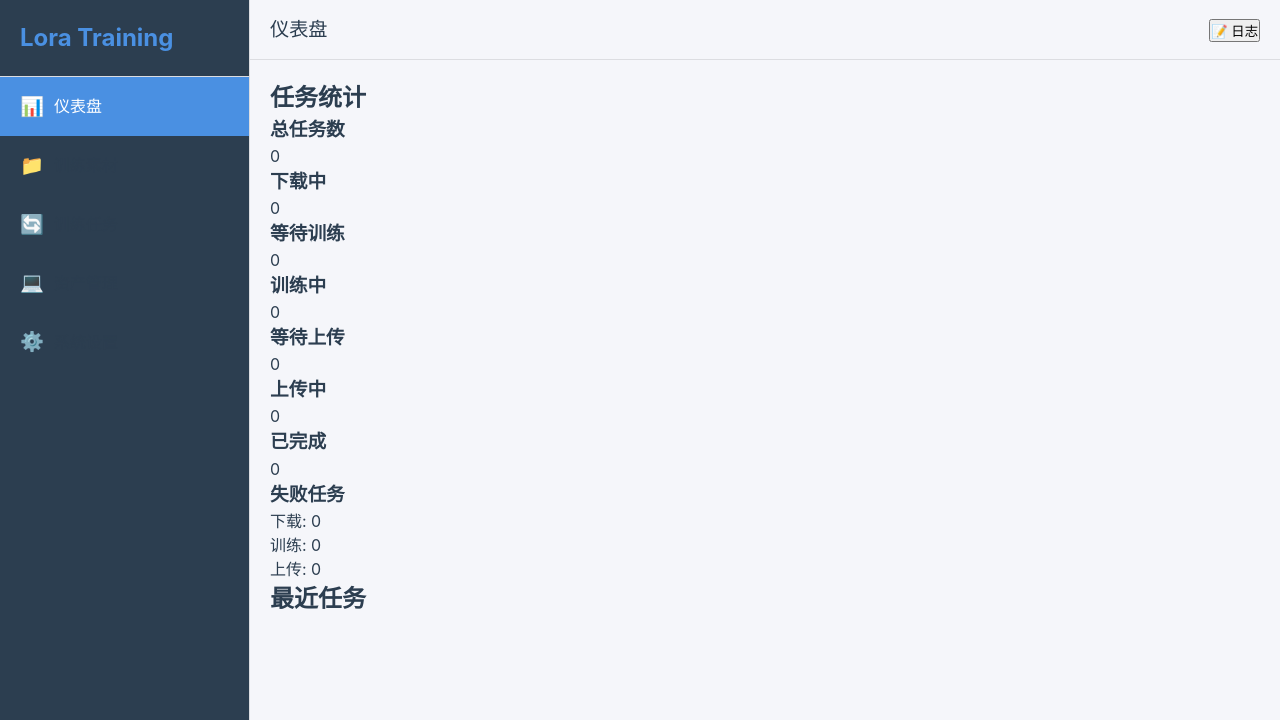
Repository: SmartRick/RLT
Page: / (app in lora-training-ui/)
These files come from the project's save history. The page is drawn as it stood at one moment and after the next save; the edit follows.
The browser window is 1280 px wide. The pictures show the whole page.
The page's requests for data from a server got no answer. The project was rebuilt for these pictures with package versions that can differ from the ones it lists, and the page was loaded fresh each time. No one was signed in, and anything a server would have sent is missing. Also part of the build but not shown: lora-training-ui/vue.config.js, lora-training-ui/src/components/LogViewer.vue, lora-training-ui/src/components/tasks/TaskCard.vue, lora-training-ui/src/views/Tasks.vue, lora-training-ui/src/api/asset.js, lora-training-ui/src/views/Assets.vue, lora-training-ui/src/api/settings.js, lora-training-ui/src/views/Settings.vue. Imported but missing from the stored project, and not drawn on this page: lora-training-ui/src/views/Materials.vue.

Above is the page before, as saved 2025-01-05 16:25:44.

### lora-training-ui/src/main.js
import { createApp } from 'vue'
import App from './App.vue'
import router from './router'
import './styles/main.scss'

const app = createApp(App)
app.use(router)
app.mount('#app')

### lora-training-ui/src/App.vue
<template>
  <MainLayout />
</template>

<script>
import MainLayout from '@/components/layout/MainLayout.vue'

export default {
  name: 'App',
  components: {
    MainLayout
  }
}
</script>

<style lang="scss">
@import '@/styles/main.scss';
</style>

### lora-training-ui/src/router/index.js
import { createRouter, createWebHistory } from 'vue-router'
import Dashboard from '@/views/Dashboard.vue'
import Materials from '@/views/Materials.vue'
import Tasks from '@/views/Tasks.vue'
import Assets from '@/views/Assets.vue'
import Settings from '@/views/Settings.vue'

const routes = [
  {
    path: '/',
    name: 'Dashboard',
    component: Dashboard,
    meta: { title: '仪表盘' }
  },
  {
    path: '/materials',
    name: 'Materials',
    component: Materials,
    meta: { title: '训练素材' }
  },
  {
    path: '/tasks',
    name: 'Tasks',
    component: Tasks,
    meta: { title: '训练任务' }
  },
  {
    path: '/assets',
    name: 'Assets',
    component: Assets,
    meta: { title: '资产管理' }
  },
  {
    path: '/settings',
    name: 'Settings',
    component: Settings,
    meta: { title: '系统设置' }
  }
]

const router = createRouter({
  history: createWebHistory(),
  routes
})

router.beforeEach((to, from, next) => {
  document.title = `${to.meta.title} - Lora 训练任务管理器`
  next()
})

export default router

### lora-training-ui/src/styles/main.scss
:root {
  // 颜色变量
  --primary-color: #4a90e2;
  --success-color: #27ae60;
  --warning-color: #f39c12;
  --error-color: #e74c3c;
  --info-color: #3498db;

  // 背景颜色
  --background-color: #f5f6fa;
  --card-background: #ffffff;
  --sidebar-background: #2c3e50;
  --hover-background: rgba(0, 0, 0, 0.05);
  --input-background: #ffffff;

  // 文字颜色
  --text-color: #2c3e50;
  --text-secondary: #7f8c8d;

  // 边框
  --border-color: #dcdde1;
  --border-radius: 4px;

  // 动画
  --transition-speed: 0.2s;
}

// 暗色主题
@media (prefers-color-scheme: dark) {
  :root {
    --background-color: #1a1a1a;
    --card-background: #2d2d2d;
    --sidebar-background: #2d2d2d;
    --hover-background: rgba(255, 255, 255, 0.05);
    --input-background: #3d3d3d;
    --text-color: #ffffff;
    --text-secondary: #a0a0a0;
    --border-color: #404040;
  }
}

* {
  box-sizing: border-box;
  margin: 0;
  padding: 0;
}

body {
  font-family: -apple-system, BlinkMacSystemFont, "Segoe UI", Roboto,
    "Helvetica Neue", Arial, sans-serif;
  line-height: 1.5;
  color: var(--text-color);
  background: var(--background-color);
}

// 通用样式
.modal-overlay {
  position: fixed;
  top: 0;
  left: 0;
  right: 0;
  bottom: 0;
  background: rgba(0, 0, 0, 0.5);
  z-index: 100;
}

.modal {
  position: fixed;
  top: 50%;
  left: 50%;
  transform: translate(-50%, -50%);
  background: var(--card-background);
  border-radius: var(--border-radius);
  z-index: 101;
  max-height: 90vh;
  overflow-y: auto;

  .modal-header {
    padding: 15px 20px;
    border-bottom: 1px solid var(--border-color);
    display: flex;
    justify-content: space-between;
    align-items: center;

    h2 {
      margin: 0;
      font-size: 1.2em;
    }

    .close-btn {
      background: none;
      border: none;
      font-size: 1.5em;
      cursor: pointer;
      color: var(--text-secondary);

      &:hover {
        color: var(--text-color);
      }
    }
  }

  .modal-body {
    padding: 20px;
  }
}

// 加载动画
.spinner {
  width: 40px;
  height: 40px;
  border: 3px solid var(--border-color);
  border-top-color: var(--primary-color);
  border-radius: 50%;
  animation: spin 1s linear infinite;
}

@keyframes spin {
  to {
    transform: rotate(360deg);
  }
}

// 按钮样式
.add-btn {
  background: var(--primary-color);
  color: white;
  border: none;
  padding: 8px 16px;
  border-radius: var(--border-radius);
  cursor: pointer;
  display: flex;
  align-items: center;
  gap: 5px;
  transition: opacity var(--transition-speed);

  &:hover {
    opacity: 0.9;
  }

  .icon {
    font-size: 1.2em;
  }
}

### lora-training-ui/src/styles/variables.scss
:root {
  --primary-color: #007AFF;
  --success-color: #34C759;
  --warning-color: #FF9500;
  --error-color: #FF3B30;
  --info-color: #5856D6;
  --background-color: #F2F2F7;
  --card-background: #FFFFFF;
  --text-primary: #000000;
  --text-secondary: #8E8E93;
  --border-radius: 10px;
  --transition-speed: 0.3s;
}

### lora-training-ui/src/components/layout/MainLayout.vue
<template>
  <div class="app-layout">
    <nav class="sidebar">
      <div class="logo">
        <h1>Lora Training</h1>
      </div>
      <ul class="nav-menu">
        <li
          v-for="item in menuItems"
          :key="item.path"
          :class="{ active: currentRoute === item.path }"
        >
          <router-link :to="item.path">
            <span class="icon">{{ item.icon }}</span>
            <span class="text">{{ item.title }}</span>
          </router-link>
        </li>
      </ul>
    </nav>

    <div class="main-content">
      <header class="top-bar">
        <div class="breadcrumb">
          {{ currentPageTitle }}
        </div>
        <div class="user-actions">
          <button class="action-btn" @click="showLogs">
            <span class="icon">📝</span>
            日志
          </button>
        </div>
      </header>

      <main class="page-content">
        <router-view></router-view>
      </main>
    </div>

    <!-- 日志查看器 -->
    <LogViewer
      v-if="showLogViewer"
      @close="closeLogs"
    />
  </div>
</template>

<script>
import { ref, computed } from 'vue'
import { useRoute } from 'vue-router'
import LogViewer from '@/components/LogViewer.vue'

export default {
  name: 'MainLayout',
  components: {
    LogViewer
  },
  setup() {
    const route = useRoute()
    const showLogViewer = ref(false)

    const menuItems = [
      { path: '/', title: '仪表盘', icon: '📊' },
      { path: '/materials', title: '训练素材', icon: '📁' },
      { path: '/tasks', title: '训练任务', icon: '🔄' },
      { path: '/assets', title: '资产管理', icon: '💻' },
      { path: '/settings', title: '系统设置', icon: '⚙️' }
    ]

    const currentRoute = computed(() => route.path)
    const currentPageTitle = computed(() => route.meta.title)

    const showLogs = () => {
      showLogViewer.value = true
    }

    const closeLogs = () => {
      showLogViewer.value = false
    }

    return {
      menuItems,
      currentRoute,
      currentPageTitle,
      showLogViewer,
      showLogs,
      closeLogs
    }
  }
}
</script>

<style lang="scss" scoped>
.app-layout {
  display: flex;
  height: 100vh;
}

.sidebar {
  width: 250px;
  background: var(--sidebar-background);
  border-right: 1px solid var(--border-color);
  display: flex;
  flex-direction: column;

  .logo {
    padding: 20px;
    border-bottom: 1px solid var(--border-color);

    h1 {
      margin: 0;
      font-size: 1.5em;
      color: var(--primary-color);
    }
  }
}

.nav-menu {
  list-style: none;
  padding: 0;
  margin: 0;

  li {
    a {
      display: flex;
      align-items: center;
      padding: 15px 20px;
      color: var(--text-color);
      text-decoration: none;
      transition: background-color var(--transition-speed);

      .icon {
        margin-right: 10px;
        font-size: 1.2em;
      }

      &:hover {
        background: var(--hover-background);
      }
    }

    &.active a {
      background: var(--primary-color);
      color: white;
    }
  }
}

.main-content {
  flex: 1;
  display: flex;
  flex-direction: column;
  overflow: hidden;
}

.top-bar {
  height: 60px;
  border-bottom: 1px solid var(--border-color);
  display: flex;
  align-items: center;
  justify-content: space-between;
  padding: 0 20px;
  background: var(--background-color);

  .breadcrumb {
    font-size: 1.2em;
    font-weight: 500;
  }
}

.page-content {
  flex: 1;
  overflow: auto;
  padding: 20px;
}
</style>

### lora-training-ui/src/views/Dashboard.vue
<template>
  <div class="dashboard">
    <section class="stats">
      <h2>任务统计</h2>
      <div class="stats-grid">
        <div class="stat-item">
          <h3>总任务数</h3>
          <p>{{ stats.total }}</p>
        </div>
        <div class="stat-item">
          <h3>下载中</h3>
          <p>{{ stats.downloading }}</p>
        </div>
        <div class="stat-item">
          <h3>等待训练</h3>
          <p>{{ stats.pending }}</p>
        </div>
        <div class="stat-item">
          <h3>训练中</h3>
          <p>{{ stats.training }}</p>
        </div>
        <div class="stat-item">
          <h3>等待上传</h3>
          <p>{{ stats.pending_upload }}</p>
        </div>
        <div class="stat-item">
          <h3>上传中</h3>
          <p>{{ stats.uploading }}</p>
        </div>
        <div class="stat-item">
          <h3>已完成</h3>
          <p>{{ stats.completed }}</p>
        </div>
        <div class="stat-item error">
          <h3>失败任务</h3>
          <div class="failed-stats">
            <p>下载: {{ stats.failed.download }}</p>
            <p>训练: {{ stats.failed.training }}</p>
            <p>上传: {{ stats.failed.upload }}</p>
          </div>
        </div>
      </div>
    </section>

    <section class="recent-tasks">
      <h2>最近任务</h2>
      <div class="task-list">
        <div
          v-for="task in recentTasks"
          :key="task.id"
          class="task-item"
        >
          <TaskCard :task="task" />
        </div>
      </div>
    </section>
  </div>
</template>

<script>
import { ref, onMounted, onUnmounted } from 'vue'
import TaskCard from '@/components/tasks/TaskCard.vue'
import { trainingApi } from '@/api/training'

export default {
  name: 'DashboardView',
  components: {
    TaskCard
  },
  setup() {
    const stats = ref({
      total: 0,
      downloading: 0,
      pending: 0,
      training: 0,
      pending_upload: 0,
      uploading: 0,
      completed: 0,
      failed: {
        download: 0,
        training: 0,
        upload: 0
      }
    })
    const recentTasks = ref([])
    let pollingInterval = null

    const loadData = async () => {
      try {
        const [statsResponse, tasksResponse] = await Promise.all([
          trainingApi.getStats(),
          trainingApi.listTasks({ limit: 5 })
        ])
        stats.value = statsResponse.data
        recentTasks.value = tasksResponse.data
      } catch (error) {
        console.error('加载数据失败:', error)
      }
    }

    onMounted(() => {
      loadData()
      pollingInterval = setInterval(loadData, 5000)
    })

    onUnmounted(() => {
      if (pollingInterval) {
        clearInterval(pollingInterval)
      }
    })

    return {
      stats,
      recentTasks
    }
  }
}
</script>

<style lang="scss" scoped>
// ... 保持原有样式 ...
</style>

### lora-training-ui/src/api/training.js
import request from '@/utils/request'

export const trainingApi = {
  // 训练素材相关
  listMaterials() {
    return request.get('/materials/')
  },

  createMaterial(data) {
    return request.post('/materials/', data)
  },

  updateMaterial(id, data) {
    return request.put(`/materials/${id}`, data)
  },

  deleteMaterial(id) {
    return request.delete(`/materials/${id}`)
  },

  uploadMaterialFiles(materialId, formData) {
    return request.post(`/materials/${materialId}/upload`, formData, {
      headers: {
        'Content-Type': 'multipart/form-data'
      }
    })
  },

  // 训练任务相关
  listTasks() {
    return request.get('/tasks/')
  },

  createTask(data) {
    return request.post('/tasks/', data)
  },

  updateTask(id, data) {
    return request.put(`/tasks/${id}`, data)
  },

  deleteTask(id) {
    return request.delete(`/tasks/${id}`)
  },

  getTaskLog(taskId) {
    return request.get(`/tasks/${taskId}/log`)
  }
}

### lora-training-ui/src/utils/request.js
import axios from 'axios'

const request = axios.create({
  baseURL: process.env.VUE_APP_API_URL || '/api/v1',
  timeout: 15000
})

// 请求拦截器
request.interceptors.request.use(
  config => {
    // 在这里可以添加认证信息等
    return config
  },
  error => {
    console.error('请求错误:', error)
    return Promise.reject(error)
  }
)

// 响应拦截器
request.interceptors.response.use(
  response => {
    return response
  },
  error => {
    const { response } = error
    if (response && response.data) {
      const message = response.data.detail || response.data.message || '请求失败'
      // 这里可以集成全局错误提示
      console.error('响应错误:', message)
    } else {
      console.error('网络错误')
    }
    return Promise.reject(error)
  }
)

export default request

Loaded but not shown: lora-training-ui/public/index.html (common file)

After the next save:
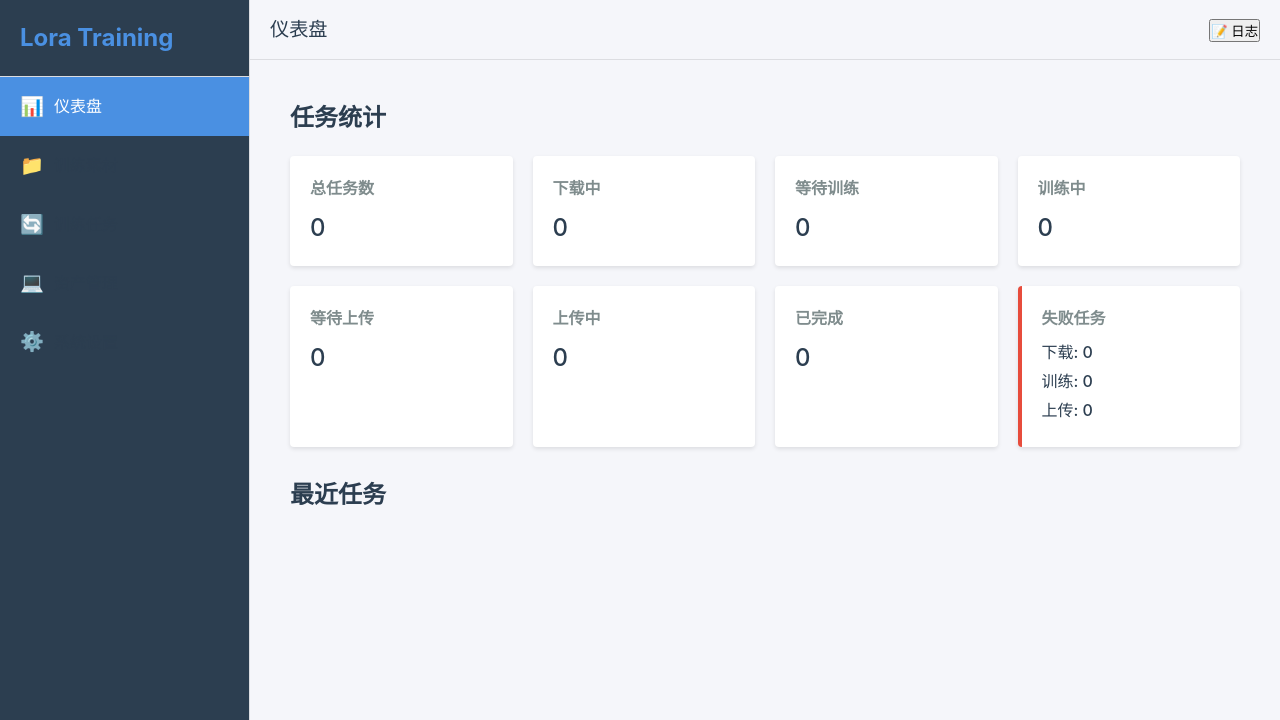
Saved 37 s later.
--- a/lora-training-ui/src/views/Dashboard.vue
+++ b/lora-training-ui/src/views/Dashboard.vue
@@ -118,5 +118,59 @@ export default {
 </script>
 
 <style lang="scss" scoped>
-// ... 保持原有样式 ...
+.dashboard {
+  padding: 20px;
+
+  .stats {
+    margin-bottom: 30px;
+  }
+
+  .stats-grid {
+    display: grid;
+    grid-template-columns: repeat(auto-fit, minmax(200px, 1fr));
+    gap: 20px;
+    margin-top: 20px;
+  }
+
+  .stat-item {
+    background: var(--card-background);
+    padding: 20px;
+    border-radius: var(--border-radius);
+    box-shadow: 0 2px 4px rgba(0, 0, 0, 0.1);
+
+    h3 {
+      margin: 0 0 10px 0;
+      color: var(--text-secondary);
+      font-size: 1em;
+    }
+
+    p {
+      margin: 0;
+      font-size: 1.5em;
+      font-weight: 500;
+    }
+
+    &.error {
+      border-left: 4px solid var(--error-color);
+
+      .failed-stats {
+        p {
+          font-size: 1em;
+          margin: 5px 0;
+        }
+      }
+    }
+  }
+
+  .recent-tasks {
+    h2 {
+      margin-bottom: 20px;
+    }
+
+    .task-list {
+      display: grid;
+      gap: 15px;
+    }
+  }
+}
 </style>
